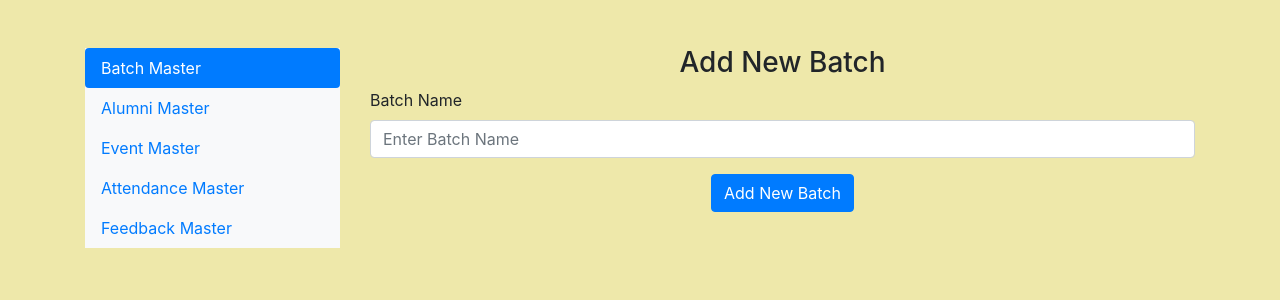
Repository: Shreyash1107/Web_Projects
Page: http://localhost/AlumnieventmanagementApplication/
These files come from the project's save history. The page is drawn as it stood at one moment and after the next save; the edit follows.
The browser window is 1280 px wide. The pictures show the whole page.
The page is served by Tomcat 9. Nobody is signed in. The application's start-up code is not run.

Above is the page before, as saved 2024-07-31 17:27:44.

After the next save:
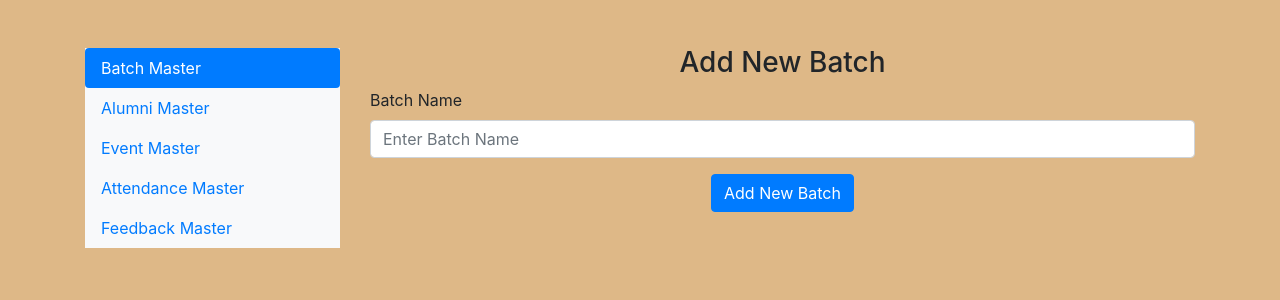
Saved 72 s later.
--- a/AlumnieventmanagementApplication/src/main/webapp/CSS/home.css
+++ b/AlumnieventmanagementApplication/src/main/webapp/CSS/home.css
@@ -4,5 +4,5 @@
 }
 body
 {
-	background-color:palegoldenrod;
+	background-color:burlywood
 }
